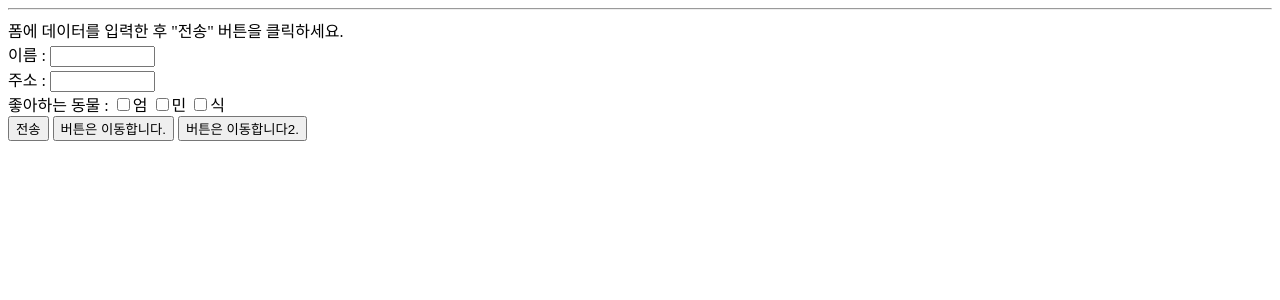
Repository: eParkjongtaek/lovedisket
Page: http://localhost/KH18_1/0905/12makeTestForm.jsp
These files come from the project's save history. The page is drawn as it stood at one moment and after the next save; the edit follows.
The browser window is 1280 px wide. The pictures show the whole page.
The page is served by Tomcat 9. Other server files are loaded and not shown.

Above is the page before, as saved 2017-09-05 06:12:53.

### source/KH18_1/WebContent/0905/12makeTestForm.jsp
<%@ page contentType="text/html; charset=euc-kr" %>
<html>
	<head>
		<title>폼 생성</title>
		<style>

		</style>
		<script src="https://ajax.googleapis.com/ajax/libs/jquery/1.12.4/jquery.min.js"></script>
		<script type="text/javascript">
			$(function () {
				$("#move").click(function () {

					$("#form1").submit();

				});
			});

			function move_submit()
			{
				$("#form1").submit();
			}

		</script>
	</head>
	<body>
		<hr>폼에 데이터를 입력한 후 "전송" 버튼을 클릭하세요.
		<form id="form1" action="./13viewParameter.jsp" method="post">
			이름 : <input type="text" name="name" size="10"><br/>
			주소 : <input type="text" name="address" size="10"><br/>
			좋아하는 동물 :
				<input type="checkbox" name="pet" value="엄자바">엄
				<input type="checkbox" name="pet" value="민자바">민
				<input type="checkbox" name="pet" value="식자바">식
			<br/>
			<input type="submit" value="전송">
			<input id="move" type="button" value="버튼은 이동합니다." >
			<input type="button" value="버튼은 이동합니다2." onclick="javascript:move_submit();">

		</form>
	</body>
</html>

After the next save:
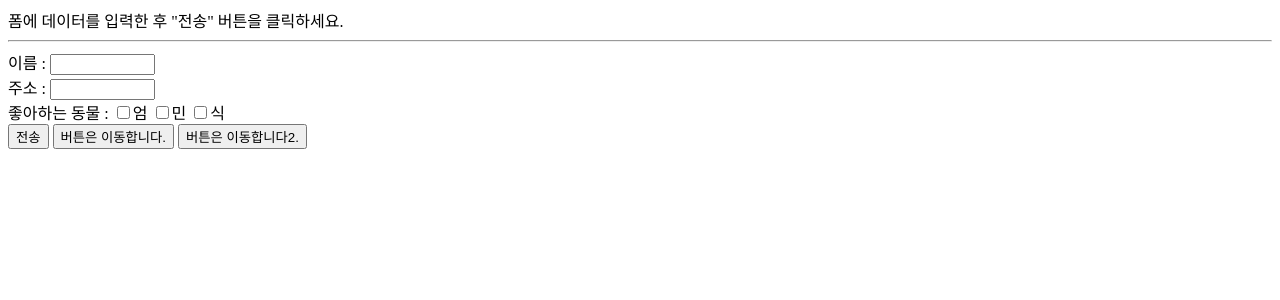
Saved 27 s later.
--- a/source/KH18_1/WebContent/0905/12makeTestForm.jsp
+++ b/source/KH18_1/WebContent/0905/12makeTestForm.jsp
@@ -23,7 +23,8 @@
 		</script>
 	</head>
 	<body>
-		<hr>폼에 데이터를 입력한 후 "전송" 버튼을 클릭하세요.
+		폼에 데이터를 입력한 후 "전송" 버튼을 클릭하세요.
+		<hr>
 		<form id="form1" action="./13viewParameter.jsp" method="post">
 			이름 : <input type="text" name="name" size="10"><br/>
 			주소 : <input type="text" name="address" size="10"><br/>
